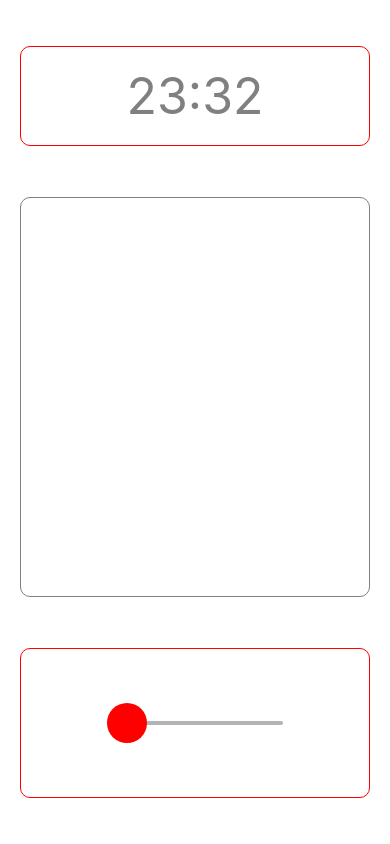
Repository: sonnke/imageResizer
Screen: /
The author's editor kept a copy of each file at every save. The screen is drawn from the files as they stood at one save, then again after the next save.
The app was drawn by React Native's web renderer in a window 390 px wide. The project was rebuilt for these pictures with package versions that can differ from the ones it lists, and the page was loaded fresh each time.

Above is the screen before, as saved 2020-02-02 18:31:56.

After the next save:
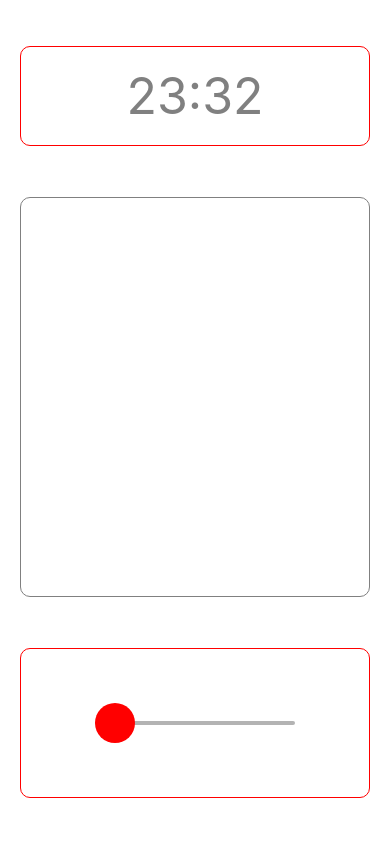
Saved 14 s later.
--- a/App.tsx
+++ b/App.tsx
@@ -64,7 +64,7 @@ export default function App() {
           minimumTrackTintColor={"#808080"}
           trackStyle={{
             // backgroundColor: "#808080",
-            width: 176
+            width: 200
           }}
         />
       </SliderContainer>
